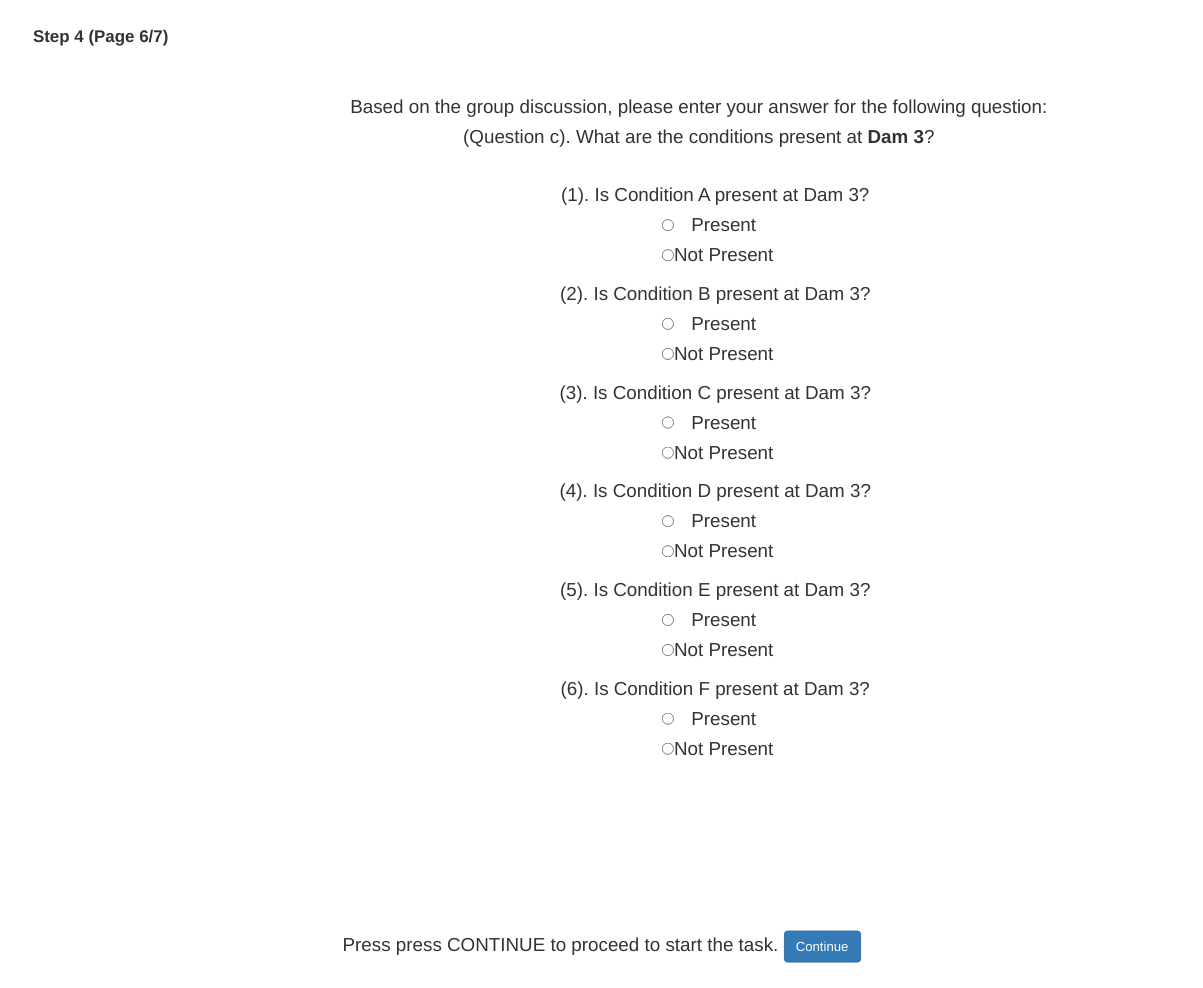
Repository: zmikaya/behavecon
Page: templates/group/Category3Dams_p24.html
The author's editor kept a record of every edit. The page is drawn from the files as they stood at one moment, then again after the next edit.
The browser window is 1280 px wide. The pictures show the whole page, at 94% of full size.
The template is drawn by Django 2.2. The application's start-up code is not run. Other server files are loaded and not shown. The template is opened directly, without the code that normally fills it, so the values that code supplies are empty.

Above is the page before.
Console error: TypeError: Cannot read properties of null (reading 'getAttribute')

### templates/group/Category3Dams_p24.html
{% extends 'sidebar-base.html' %}
{% load staticfiles %}

{% block body_block %}
    <!-- Page Content -->
    <div id="page-content-wrapper">
        <div class="container-fluid">
            <div class="progess-northwest">
                <h4><b>Step 4 (Page 6/7)</b></h4>
            </div>
            <div class="row">
                <div class="col-lg-2"></div>
                <div class="col-lg-10 center">
                    <p class="no-margin">Based on the group discussion, please
                    enter your answer for the following question:
                    <br>
                    (Question c). What are the conditions present at <b>Dam 3</b>?</p>
                    <div class="center">
                        <ul class="list-no-style">
                            <li class="list-inline">(1). Is Condition A present at Dam 3?</li>
                            <table class="table-inline">
                                <tr>
                                    <td><input type="radio" name="1" value="present"></td>
                                    <td>Present</td>
                                </tr>
                                <tr>
                                    <td><input type="radio" name="1" value="not present"></td>
                                    <td>Not Present</td>
                                </tr>
                            </table>
                            <li class="list-inline">(2). Is Condition B present at Dam 3?</li>
                            <table class="table-inline">
                                <tr>
                                    <td><input type="radio" name="2" value="present"></td>
                                    <td>Present</td>
                                </tr>
                                <tr>
                                    <td><input type="radio" name="2" value="not present"></td>
                                    <td>Not Present</td>
                                </tr>
                            </table>
                            <li class="list-inline">(3). Is Condition C present at Dam 3?</li>
                            <table class="table-inline">
                                <tr>
                                    <td><input type="radio" name="3" value="present"></td>
                                    <td>Present</td>
                                </tr>
                                <tr>
                                    <td><input type="radio" name="3" value="not present"></td>
                                    <td>Not Present</td>
                                </tr>
                            </table>
                            <li class="list-inline">(4). Is Condition D present at Dam 3?</li>
                            <table class="table-inline">
                                <tr>
                                    <td><input type="radio" name="4" value="present"></td>
                                    <td>Present</td>
                                </tr>
                                <tr>
                                    <td><input type="radio" name="4" value="not present"></td>
                                    <td>Not Present</td>
                                </tr>
                            </table>
                            <li class="list-inline">(5). Is Condition E present at Dam 3?</li>
                            <table class="table-inline">
                                <tr>
                                    <td><input type="radio" name="5" value="present"></td>
                                    <td>Present</td>
                                </tr>
                                <tr>
                                    <td><input type="radio" name="5" value="not present"></td>
                                    <td>Not Present</td>
                                </tr>
                            </table>
                            <li class="list-inline">(6). Is Condition F present at Dam 3?</li>
                            <table class="table-inline">
                                <tr>
                                    <td><input type="radio" name="6" value="present"></td>
                                    <td>Present</td>
                                </tr>
                                <tr>
                                    <td><input type="radio" name="6" value="not present"></td>
                                    <td>Not Present</td>
                                </tr>
                            </table>
                        </ul>
                    </div>
                </div>
            </div>
            <div class="row">
                <div class="col-lg-12 center">
                    <div>
                        <p class="inline continue">Press press CONTINUE to proceed to start the task.</p>
                        <button type="button" class="btn btn-primary next" onclick="ajaxGetPage('p25')">Continue</button>
                    </div>
                </div>
            </div>
                    <!--<a href="#menu-toggle" class="btn btn-default" id="menu-toggle">Toggle Menu</a>-->
        </div>
    </div>
    <!-- /#page-content-wrapper -->
{% endblock %}

### templates/sidebar-base.html
<!DOCTYPE html>
{% load staticfiles %}
<html lang="en">

<head>

    <meta charset="utf-8">
    <meta http-equiv="X-UA-Compatible" content="IE=edge">
    <meta name="viewport" content="width=device-width, initial-scale=1">
    <meta name="description" content="">
    <meta name="author" content="">

    <title>BehaveCon</title>

    <!-- Bootstrap Core CSS -->
    <link href="{% static "css/bootstrap.min.css" %}" rel="stylesheet">

    <!-- Custom CSS -->
    <link href="{% static "css/simple-sidebar.css" %}" rel="stylesheet">

    <link href="{% static "css/style.css" %}" rel="stylesheet">

    <script src="{% static "js/jquery.js" %}"></script>

    <script src="{% static "js/embed.js" %}" type="text/javascript"></script>

    <!-- HTML5 Shim and Respond.js IE8 support of HTML5 elements and media queries -->
    <!-- WARNING: Respond.js doesn't work if you view the page via file:// -->
    <!--[if lt IE 9]>
        <script src="https://oss.maxcdn.com/libs/html5shiv/3.7.0/html5shiv.js"></script>
        <script src="https://oss.maxcdn.com/libs/respond.js/1.4.2/respond.min.js"></script>
    <![endif]-->
    {% if chat %}
        <link rel="stylesheet" type="text/css" href="/static/djangoChat/css/normalize.css" />
        <link href="/static/djangoChat/css/main.css" rel="stylesheet" type="text/css"/>
        <script type="text/javascript">

          jsonData = {{data}};
        </script>
    {% endif %}

</head>

<body>

    <!--<div id="wrapper">-->

        <!-- Sidebar -->
    <!--    <div id="sidebar-wrapper">-->
    <!--        <ul class="sidebar-nav">-->
    <!--            <li class="sidebar-brand">-->
    <!--                <a href="#">-->
    <!--                    Start Bootstrap-->
    <!--                </a>-->
    <!--            </li>-->
    <!--            <li>-->
    <!--                <a href="#">Dashboard</a>-->
    <!--            </li>-->
    <!--            <li>-->
    <!--                <a href="#">Shortcuts</a>-->
    <!--            </li>-->
    <!--            <li>-->
    <!--                <a href="#">Overview</a>-->
    <!--            </li>-->
    <!--            <li>-->
    <!--                <a href="#">Events</a>-->
    <!--            </li>-->
    <!--            <li>-->
    <!--                <a href="#">About</a>-->
    <!--            </li>-->
    <!--            <li>-->
    <!--                <a href="#">Services</a>-->
    <!--            </li>-->
    <!--            <li>-->
    <!--                <a href="#">Contact</a>-->
    <!--            </li>-->
    <!--        </ul>-->
    <!--    </div>-->
        <!-- /#sidebar-wrapper -->

        <!-- Page Content -->
        {% block body_block %}{% endblock %}
    <!-- /#wrapper -->

    <!-- jQuery -->
    <script src="{% static "js/jquery.js" %}"></script>

    <!-- Bootstrap Core JavaScript -->
    <script src="{% static "js/bootstrap.min.js" %}"></script>

    <script src="{% static "js/script.js" %}"></script>

    <!-- Menu Toggle Script -->
    <script>
    $("#menu-toggle").click(function(e) {
        e.preventDefault();
        $("#wrapper").toggleClass("toggled");
    });
    </script>

</body>

</html>

### static/css/simple-sidebar.css
/*!
 * Start Bootstrap - Simple Sidebar HTML Template (http://startbootstrap.com)
 * Code licensed under the Apache License v2.0.
 * For details, see http://www.apache.org/licenses/LICENSE-2.0.
 */

/* Toggle Styles */

#wrapper {
    padding-left: 0;
    -webkit-transition: all 0.5s ease;
    -moz-transition: all 0.5s ease;
    -o-transition: all 0.5s ease;
    transition: all 0.5s ease;
}

#wrapper.toggled {
    padding-left: 250px;
}

#sidebar-wrapper {
    z-index: 1000;
    position: fixed;
    left: 250px;
    width: 0;
    height: 100%;
    margin-left: -250px;
    overflow-y: auto;
    background: #000;
    -webkit-transition: all 0.5s ease;
    -moz-transition: all 0.5s ease;
    -o-transition: all 0.5s ease;
    transition: all 0.5s ease;
}

#wrapper.toggled #sidebar-wrapper {
    width: 250px;
}

#page-content-wrapper {
    width: 100%;
    position: absolute;
    padding: 15px;
}

#wrapper.toggled #page-content-wrapper {
    position: absolute;
    margin-right: -250px;
}

/* Sidebar Styles */

.sidebar-nav {
    position: absolute;
    top: 0;
    width: 250px;
    margin: 0;
    padding: 0;
    list-style: none;
}

.sidebar-nav li {
    text-indent: 20px;
    line-height: 40px;
}

.sidebar-nav li a {
    display: block;
    text-decoration: none;
    color: #999999;
}

.sidebar-nav li a:hover {
    text-decoration: none;
    color: #fff;
    background: rgba(255,255,255,0.2);
}

.sidebar-nav li a:active,
.sidebar-nav li a:focus {
    text-decoration: none;
}

.sidebar-nav > .sidebar-brand {
    height: 65px;
    font-size: 18px;
    line-height: 60px;
}

.sidebar-nav > .sidebar-brand a {
    color: #999999;
}

.sidebar-nav > .sidebar-brand a:hover {
    color: #fff;
    background: none;
}

@media(min-width:768px) {
    #wrapper {
        padding-left: 250px;
    }

    #wrapper.toggled {
        padding-left: 0;
    }

    #sidebar-wrapper {
        width: 250px;
    }

    #wrapper.toggled #sidebar-wrapper {
        width: 0;
    }

    #page-content-wrapper {
        padding: 20px;
        position: relative;
    }

    #wrapper.toggled #page-content-wrapper {
        position: relative;
        margin-right: 0;
    }
}

### static/css/style.css
.center {
    text-align: center;
    font-size: 20px;
    margin-top: 3%;
    line-height: 160%;
}

.left-align {
    font-size: 20px;
    margin-top: 3%;
    line-height: 160%;
}

.left-align-width {
    font-size: 20px;
    margin-top: 3%;
    line-height: 160%;
    width: 80% !important;
}

.left-align-no-margin {
    font-size: 20px;
    margin-top: 0;
    line-height: 160%;
}

.inline {
    display: inline-block;
}

.continue {
    margin-top: 10%;
}

.text {
    font-size: 20px;
    line-height: 160%;
}

.left {
    margin-top: 3%;
    width: 50%;
    float: left;
}

.right {
    margin-top: 3%;
    width: 50%;
    float: right;
}

.damTable {
    max-height: 100%;
    max-width: 100%;
    margin-top: 15%;
}

.damContinue {
    float: right;
    font-size: 20px;
    padding-right: 5%;
}

.bullet-points li {
    margin-bottom: 2%;
}

.practice-ml-row{
    height: 150px;
    border-bottom: thick solid #A69F9F;
}

.col-md-6 p{
    margin: 0;
    transform: translateY(50%);
}

.table-center {
    transform: translateY(50%);
}

.table-3-center {
    transform: translateY(20%);
}

.list-no-style {
    list-style-type: none;
}

.list-inline {
    vertical-align: top;
}

.table-inline {
    display: inline-block;
}
.border{
    height: 100%;
    border-left: thick solid #A69F9F;
}

.no-margin {
    margin: 0;
}

.chat {
    margin-top: 4%;
}

.enterinfo {
    width: 15%;
}

.error-msg {
    color: red;
}

.npresent {
    padding-left: 35px;
}



#leftAnswers {
    margin-top: 5%;
}

#black-border {
    border: solid black;
}

### static/js/embed.js
function tlkioOnload() {
    var target_element  = document.getElementById('tlkio'),
        channel_name    = target_element.getAttribute('data-channel'),
        custom_css_path = target_element.getAttribute('data-theme'),
        nickname        = target_element.getAttribute('data-nickname'),
        iframe          = document.createElement('iframe');

    // var iframe_src = 'http://embed.lvh.me:3000/' + channel_name,
    var iframe_src = '//embed.tlk.io/' + channel_name,
        iframe_query = [];


    if (custom_css_path && custom_css_path.length > 0) {
      iframe_query.push('custom_css_path=' + custom_css_path);
    }

    if (nickname && nickname.length > 0) {
      iframe_query.push('nickname=' + nickname);
    }

    if (iframe_query.length > 0) {
      iframe_src += '?' + iframe_query.join('&')
    }

    iframe.setAttribute('src', iframe_src);
    iframe.setAttribute('width', '100%');
    iframe.setAttribute('height', '100%');
    iframe.setAttribute('frameborder', '0');
    iframe.setAttribute('style', 'margin-bottom: -8px;');

    var current_style = target_element.getAttribute('style');
    target_element.setAttribute('style', 'overflow: auto; -webkit-overflow-scrolling: touch;' + current_style);

    target_element.appendChild(iframe);
};

### static/js/script.js
var url = "/Category3Dams/"

function getCookie(name) {
    var cookieValue = null;
    if (document.cookie && document.cookie != '') {
        var cookies = document.cookie.split(';');
        for (var i = 0; i < cookies.length; i++) {
            var cookie = jQuery.trim(cookies[i]);
            // Does this cookie string begin with the name we want?
            if (cookie.substring(0, name.length + 1) == (name + '=')) {
                cookieValue = decodeURIComponent(cookie.substring(name.length + 1));
                break;
            }
        }
    }
    return cookieValue;
}


// $('.next').click(function(){
//     var csrftoken = getCookie('csrftoken');
//     var id = $("#enterid").val();
//     var page = $(this).attr('id')+'/';
//     $.ajax({
//       type: "POST",
//       url: url + page,
//       data: {
//           'id': id,
//           'csrfmiddlewaretoken': csrftoken
//         },
//         success: nextPage,
//         dataType: 'html'
//     });
// });

function dictToList(dict) {
    var keys = Object.keys(dict).sort()
    var data = [];
    for (var i=0; i<keys.length; i++) {
        data.push(dict[keys[i]]);
    }
    return data
}

function ajaxGetPage(page, data){
    var csrftoken = getCookie('csrftoken');
    console.log(url+page)
    var id = $("#enterid").val();
    // var page = $(this).attr('id')+'/';
    if (data) {
        var out = JSON.stringify(dictToList(data));
        console.log(out)
        $.ajax({
          type: "POST",
          url: url + page,
          data: {
              'data': out,
              'csrfmiddlewaretoken': csrftoken
            },
            success: nextPage,
            dataType: 'html'
        });
    }
    else {
        $.ajax({
          type: "POST",
          url: url + page,
          data: {
              'id': id,
              'csrfmiddlewaretoken': csrftoken
            },
            success: nextPage,
            dataType: 'html'
        });
    }
};

function ajaxSendData(page, data){
    var csrftoken = getCookie('csrftoken');
    console.log(url+page)
    var id = $("#enterid").val();
    // var page = $(this).attr('id')+'/';
    if (data) {
        var out = JSON.stringify(dictToList(data));
        console.log(out)
        $.ajax({
          type: "POST",
          url: url + page,
          data: {
              'data': out,
              'csrfmiddlewaretoken': csrftoken
            },
            success: emptyReturn,
            dataType: 'html'
        });
    }
}


function emptyReturn(data, textStatus, jqXHR){
    // var data = $.parseHTML(data);
    // console.log(data)
    // $("html").empty();
    // for(var i=0; i<data.length; i++){
    //     $("html").append(data[i])
    // }
    // if (tlkioOnload) {
    //     tlkioOnload();
    // }
}

// if (tlkioOnload) {
//     tlkioOnload();
// }


// handles the returned html/data from Django
// clears existing body, then replaces it with returned html
var test = null;
function nextPage(data, textStatus, jqXHR){
    test = data;
    var data = $.parseHTML(data);
    console.log(data)
    $("html").empty();
    for(var i=0; i<data.length; i++){
        $("html").append(data[i])
    }
    if (tlkioOnload) {
        tlkioOnload();
    }
}

if (tlkioOnload) {
    tlkioOnload();
}

Loaded but not shown: static/css/bootstrap.min.css (library); static/js/jquery.js (library); static/js/bootstrap.min.js (library)

After the next edit:
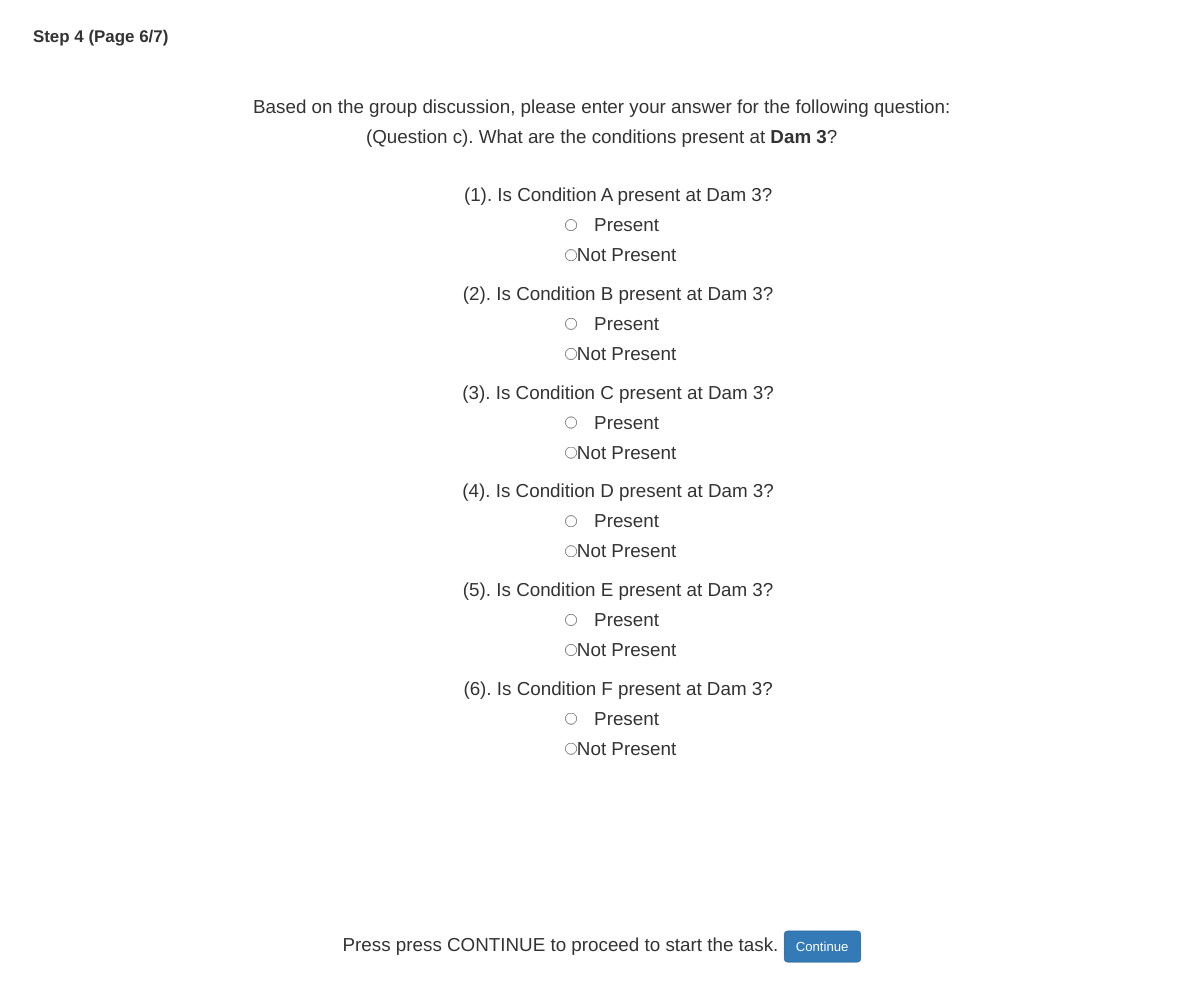
The edit:
--- a/templates/group/Category3Dams_p24.html
+++ b/templates/group/Category3Dams_p24.html
@@ -9,7 +9,7 @@
                 <h4><b>Step 4 (Page 6/7)</b></h4>
             </div>
             <div class="row">
-                <div class="col-lg-2"></div>
+                <div class="col-lg-1"></div>
                 <div class="col-lg-10 center">
                     <p class="no-margin">Based on the group discussion, please
                     enter your answer for the following question:
